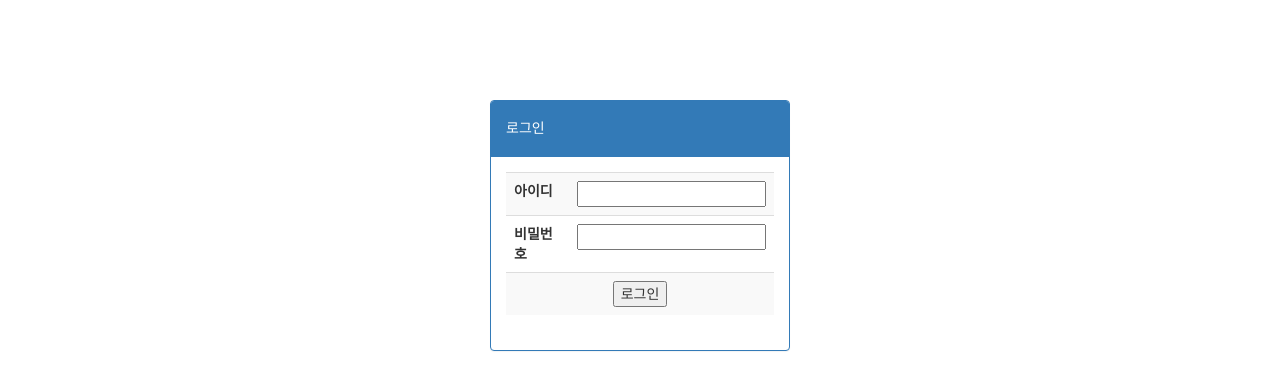
Repository: simDev1234/WebStudy
Page: http://localhost/2022_0607_PhotoGallery/member/login_form.do
These files come from the project's save history. The page is drawn as it stood at one moment and after the next save; the edit follows.
The browser window is 1280 px wide. The pictures show the whole page.
The page is served by Tomcat 9.

Above is the page before, as saved 2022-06-07 08:17:43.

After the next save:
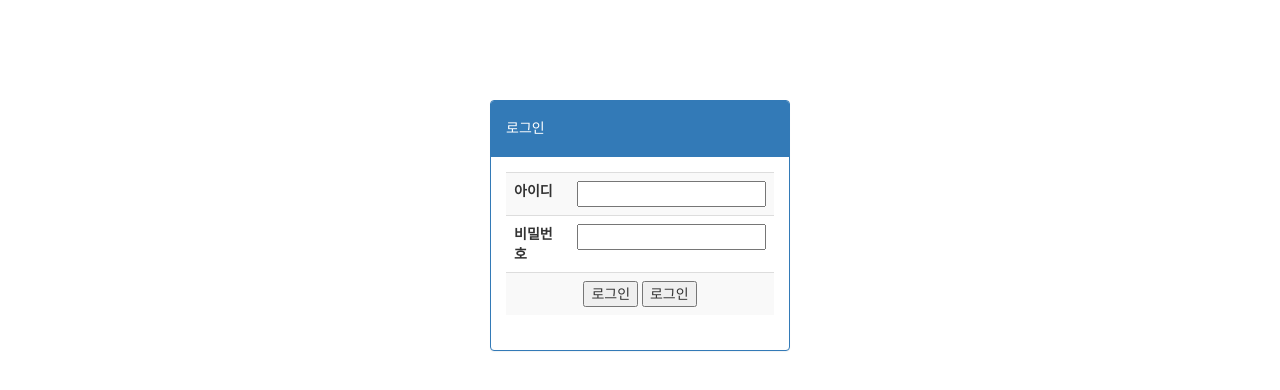
Saved 6 s later.
--- a/_01_상반기_WebStudy/2022_0607_PhotoGallery/src/main/webapp/member/member_login_form.jsp
+++ b/_01_상반기_WebStudy/2022_0607_PhotoGallery/src/main/webapp/member/member_login_form.jsp
@@ -35,7 +35,7 @@
 		           <tr>
 		             <td colspan = "2" align = "center">
 		                <input type = "button" value = "로그인">
-
+		                <input type = "button" value = "로그인">
 		             </td>
 		           </tr>
 		       </table>
